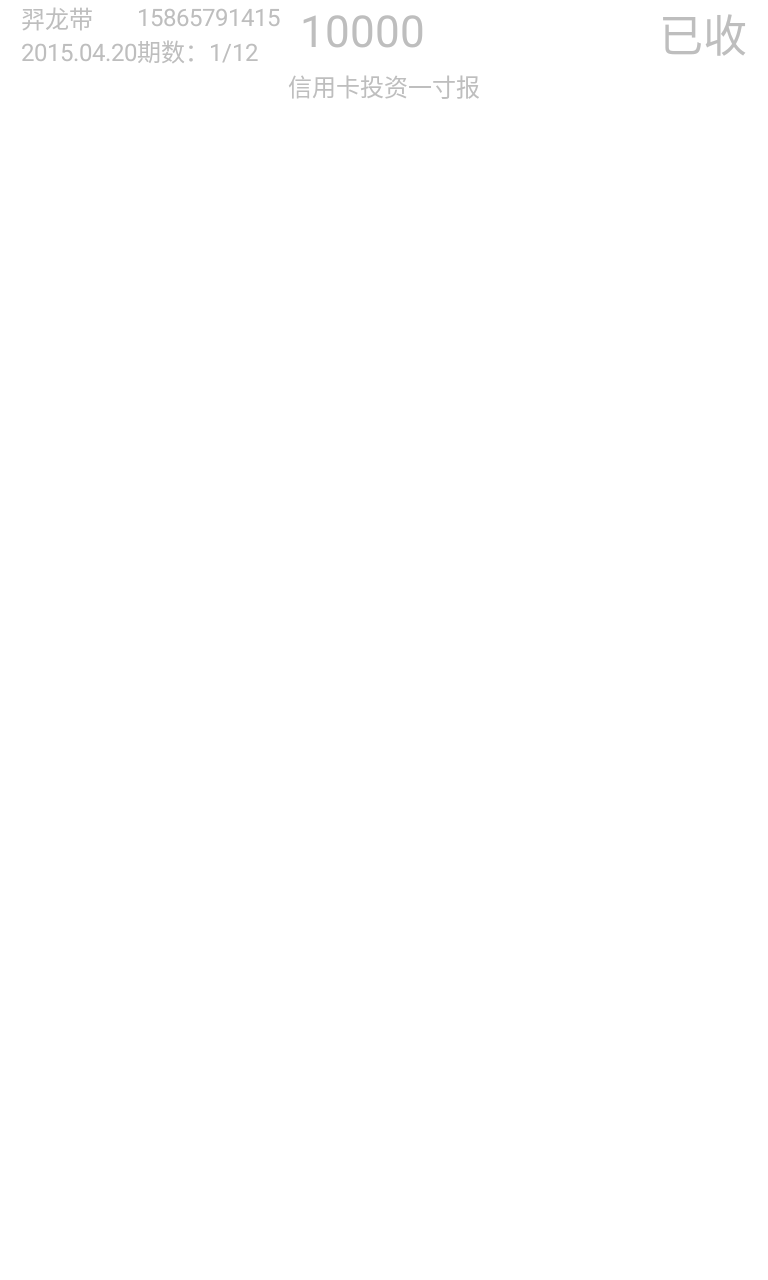
Repository: gongxinge/money-android
Layout: P2P/res/layout/billdetaillistitem.xml
The author's editor kept a copy of each file at every save. The layout is drawn from the files as they stood at one save, then again after the next save.
It is drawn on a 768 x 1280 px phone screen (xhdpi) without system bars, with theme android:Theme; the app's code is not run.

Above is the layout before, as saved 2015-06-28 07:35:08.

After the next save:
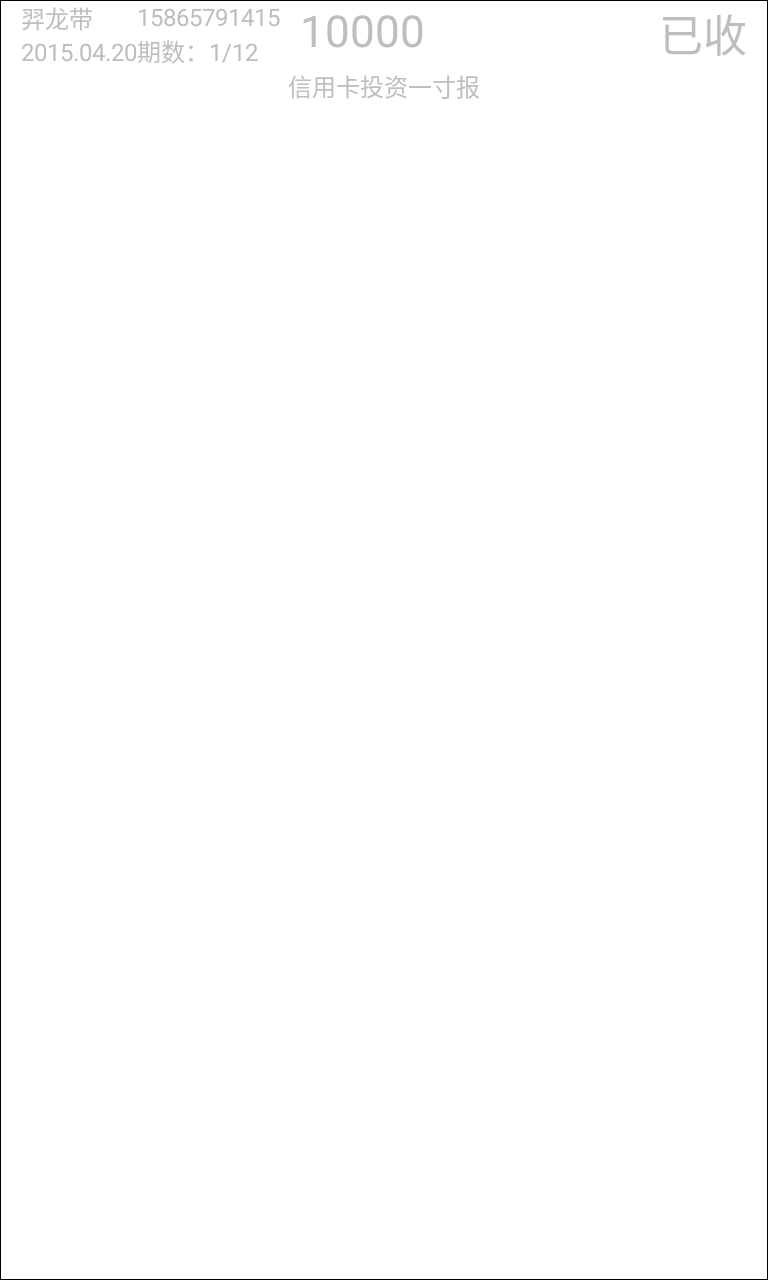
Saved 68 s later.
--- a/P2P/res/drawable/listborder.xml
+++ b/P2P/res/drawable/listborder.xml
@@ -6,7 +6,7 @@
 
     <stroke
         android:width="0.01dp"
-        android:color="#FFFFFF" />
+        android:color="#000" />
 
     <padding
         android:bottom="1dp"

After the save that followed:
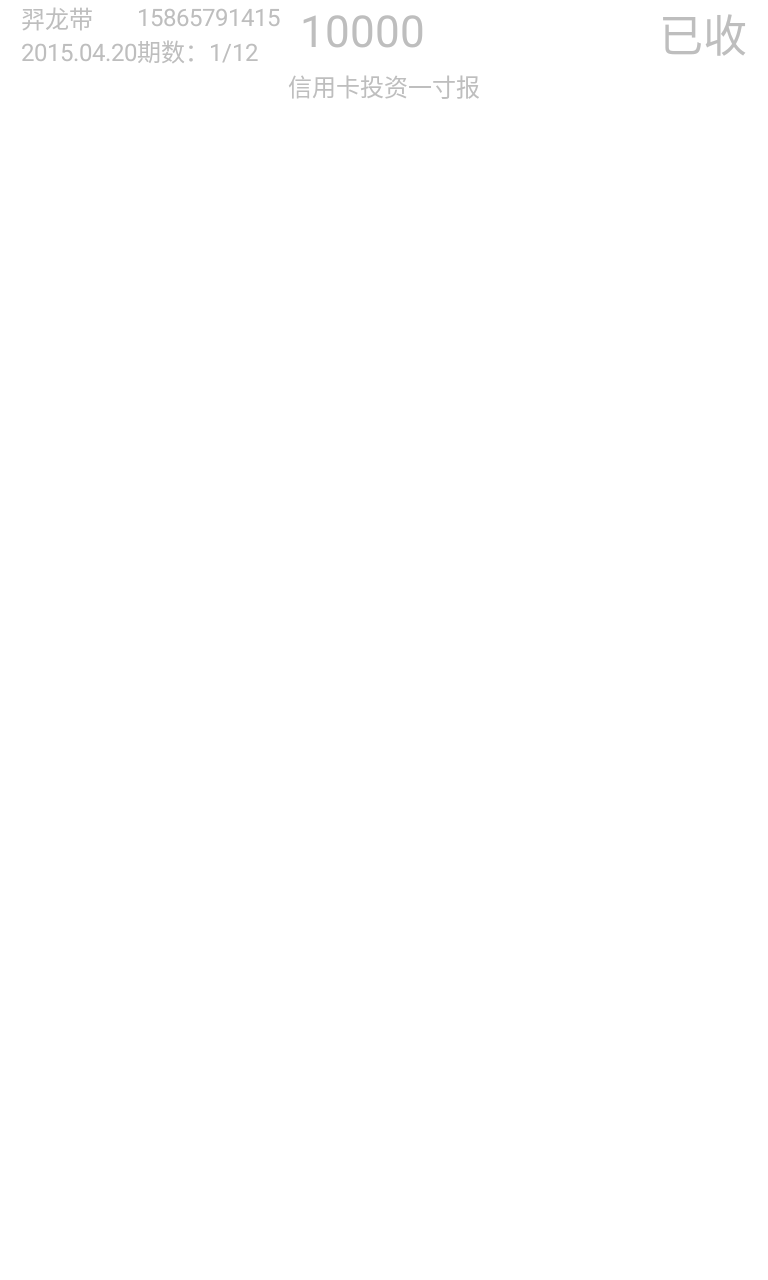
Saved 46 s later.
--- a/P2P/res/drawable/listborder.xml
+++ b/P2P/res/drawable/listborder.xml
@@ -6,7 +6,7 @@
 
     <stroke
         android:width="0.01dp"
-        android:color="#000" />
+        android:color="#FFF" />
 
     <padding
         android:bottom="1dp"
